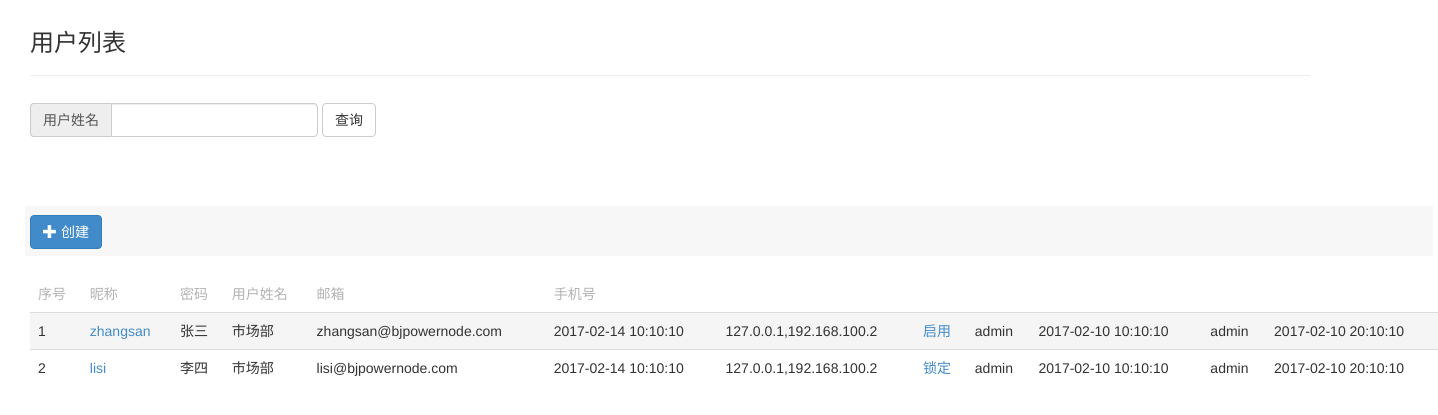
Repository: yangxshn/hsf
Page: hsf/user_consumer/src/main/webapp/index.html
The author's editor kept a copy of each file at every save. The page is drawn from the files as they stood at one save, then again after the next save.
The browser window is 1280 px wide. The page is 1438 px wide, so the pictures cover 1438 px, including what lies to the right of the window. The pictures show the whole page.

Above is the page before, as saved 2017-09-29 06:49:21.

After the next save:
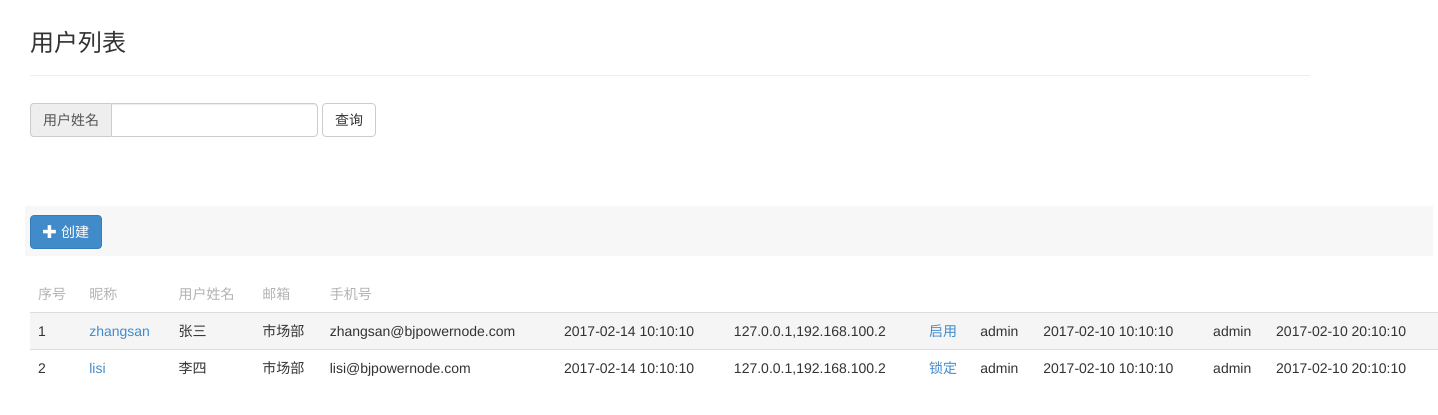
Saved 15 s later.
--- a/hsf/user_consumer/src/main/webapp/index.html
+++ b/hsf/user_consumer/src/main/webapp/index.html
@@ -120,7 +120,6 @@
 				<tr style="color: #B3B3B3;">
 					<td>序号</td>
 					<td>昵称</td>
-					<td>密码</td>
 					<td>用户姓名</td>
 					<td>邮箱</td>
 					<td>手机号</td>
